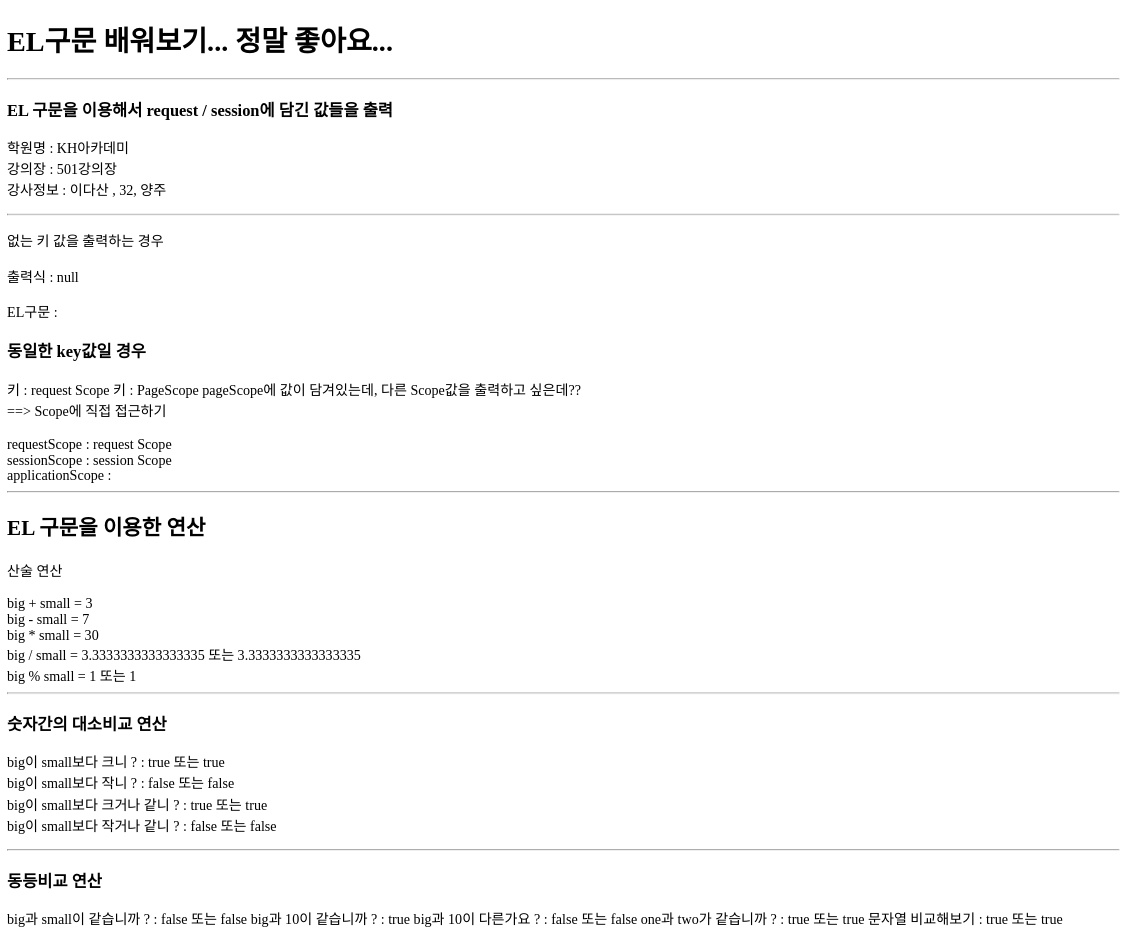
Repository: ham-zi/front-practice
Page: http://localhost/ActionProject/el.do
These files come from the project's save history. The page is drawn as it stood at one moment and after the next save; the edit follows.
The browser window is 1280 px wide. The pictures show the whole page, at 88% of full size.
The page is served by Tomcat 9. Other server files are loaded and not shown.

Above is the page before, as saved 2026-05-06 06:40:20.

### dynamic-workspace/ActionProject/src/main/webapp/WEB-INF/views/01_el.jsp
<%@ page language="java" contentType="text/html; charset=UTF-8"
    pageEncoding="UTF-8"%>
<%@ page import="com.kh.el.model.dto.Person" %>


<!DOCTYPE html>
<html>
<head>
<meta charset="UTF-8">
<title>초강력 JSP</title>
</head>
<body>
<!-- 외부에서 접근할 수 없게 WEB-INF에 넣는다. -->
	<h1> EL구문 배워보기... 정말 좋아요...</h1>

	<%--
	<%
		String classRoom = (String)request.getAttribute("classRoom");
		Person student = (Person)request.getAttribute("student");

		String academy = (String)session.getAttribute("academy");
		Person lecture = (Person)session.getAttribute("lecture");


	%>
		JSP 주석이 따로 있다.

		<!--는 단순히 문자열일뿐 주석이 아니다.


	<p>
		학원명 : <%= academy %> <br>
		강의장 : <%= academy %> <br>
		강사정보 : <%= lecture.getName() %>, <%= lecture.getAge() %>, <%= lecture.getAddress() %> <br><br>

		수강생의 정보
		<!--통신은 흐름을 생각해야함,
			클라이언트의 요청을 하면서 흐름이 시작됨


		 -->
		<ul>
			<li> 이름 : <%=student.getName() %></li>
			<li> 나이 : <%=student.getAge() %></li>
			<li> 주소 : <%=student.getAddress() %></li>
		</ul>
	</p>

	자바와 자바스크립트는 연관이 전혀없다.


	 --%>

	 <hr>

	 <h3> EL 구문을 이용해서 request / session에 담긴 값들을 출력</h3>

	 <p>
	 	학원명 : ${ academy } <br>
	 	강의장 : ${ classRoom } <br>
	 	강사정보 : ${ lecture.name } , ${lecture.age}, ${ lecture.address } <br>
	 		<!-- getName()을 호출하는거구나. -->

	 	<!--
	 		실제로 필드에 직접 접근하는 것은 불가능하다.
	 		.name => getName()를 호출

	 		내부적으로 getter 메소드를 찾아서 호출해서 값을 출력하는 구조

	 	 -->

	 </p>


	<hr>

	 <p>없는 키 값을 출력하는 경우</p>

	<p> 출력식 : <%= request.getAttribute("classRom") %></p>
	<p> EL구문 : ${classRom } <!-- 오타가 빈문자열로 나옴, 꼼꼼하게 확인할것  -->


	<h3>동일한 key값일 경우</h3>

	키 : ${ key }

	<%
		//page Scope 에 추가
		pageContext.setAttribute("key", "PageScope");
	%>
	키 : ${ key }

	<!--
		EL구문은 가장 작은 범위의 scope부터 키값을 찾음
		page => request => session => applicaiton순으로 키 값을 검색

		모든 영역을 다 찾았는데 키 값을 찾지 못했으면 => "", 아무일도 일어나지 않음 => 오류가 안남


		요새 컴퓨팅자원이 좋아서 requestScope.key <- 명시를안하긴하는데 key
		스코프를 적어주는게 더 좋다.
	 -->
	 pageScope에 값이 담겨있는데, 다른 Scope값을 출력하고 싶은데??<br>

	 ==> Scope에 직접 접근하기 <br><br>

	 requestScope :  ${ requestScope.key }	<br>
	 sessionScope :	 ${ sessionScope.key }	<br>
	 applicationScope : ${ applicationScope.key } <br>

	 <hr>

	 <h2> EL 구문을 이용한 연산</h2>

	 <p></p>

	 	산술 연산 <br><br>

	 	big + small = ${ bit + small }<br>
	 	big - small = ${ big - small }<br>
	 	big * small = ${ big * small }<br>
	 	big / small = ${ big / small } 또는 ${ big div small }<br>
	 	big % small = ${ big % small } 또는 ${ big mod small }<br>
	 	<!-- 결과는 동일하지만 div/mod를 쓰는것을 권장한다... -->

	 <hr>

	 <h3> 숫자간의 대소비교 연산 </h3>

	 <p>
	 	big이 small보다 크니 ? : ${ big > small } 또는 ${ big gt small }<br>
	 	big이 small보다 작니 ? : ${ big < small } 또는 ${ big lt small }<br>
	 	big이 small보다 크거나 같니 ? : ${ big >= small } 또는 ${big ge small }<br>
	 	big이 small보다 작거나 같니 ? : ${ big <= small } 또는 ${big le small }<br>
	 	<!-- gt/lt/ge/le를 쓰는것을 권장한다... -->
	 </p>

	 <hr>
	 <h3> 동등비교 연산</h3>

	 <p>
	 	big과 small이 같습니까 ? : ${ big == small } 또는 ${ big eq small }
	 	big과 10이 같습니까 ? : ${ big eq 10 }
	 	big과 10이 다른가요 ? : ${ big != 10 } 또는 ${ big ne 10 }
	 	<!-- eq/ne을 쓰는것을 권장한다. -->

	 	one과 two가 같습니까 ? : ${ strOne == strTwo } 또는 ${ strOne eq strTwo }
	 	문자열 비교해보기 :       ${ strOne eq '안녕' } 또는  ${ strOne eq "안녕" }
	 	<!-- EL구문에서 문자열 == 비교는 equals()와 같은 동작을 함 -->
	 </p>





</body>
</html>

### dynamic-workspace/ActionProject/src/main/java/com/kh/el/controller/ElServlet.java
package com.kh.el.controller;

import java.io.IOException;
import java.util.ArrayList;

import javax.servlet.ServletException;
import javax.servlet.annotation.WebServlet;
import javax.servlet.http.HttpServlet;
import javax.servlet.http.HttpServletRequest;
import javax.servlet.http.HttpServletResponse;
import javax.servlet.http.HttpSession;

import com.kh.el.model.dto.Person;


@WebServlet("/el.do")
public class ElServlet extends HttpServlet {
	private static final long serialVersionUID = 1L;


    public ElServlet() {
        super();
    }


	protected void doGet(HttpServletRequest request, HttpServletResponse response) throws ServletException, IOException {
		// 만약 서블릿에서 응답할 데이터가 존재한다면
		// JSP로 포워딩할 때 request.setAttribute("name값","Value값") -> foword
		// request -> Servlet내장 객체 / Scope객체라고 표현한다

		// application / ★session★ / ★request★ / page

		/* 큰 순서
		 * 1. application scope : ServletContext
		 * : 한 애플리케이션 당 '한 개' 존재하는 객체, 이 프로젝트 안에서 어디서든 사용할 수 있다
		 * 이 영역에 데이터를 담으면 애플리케이션 전역에서 사용 가능 ( 공유 범위가 매우 넓음 )
		 *
		 * 2. session scope : HttpSession
		 * : 하나의 브라우저 당 '한 개' 존재하는 객체,
		 * 이 영역에 데이터를 담으면 JSP / Servlet단에서 사용 가능
		 * 값이 한 번 담기면 서버를 멈추거나, 세션을 비우거나, 브라우저가 닫히기 전까지는 계속 사용 가능하다
		 *
		 * 3. request scope : HttpServletRequest
		 * 요청 및 응답 시 매 번 생성되는 객체
		 * 이 영역에 데이터를 담으면 해당 request를 포워딩 받는 응답 JSP에서만 사용이 가능(1회성)
		 *
		 *
		 * 4. page scope : PageContext
		 * JSP페이지에서만 사용가능
		 *
		 *=> 위 객체들에 속성을 추가할 때는 .setAttribute("name값", 벨류);
		 *						     .setAttribute("name값");
		 *							 .removeAttribute("name값");
		 *로그인 같은 경우 request가 아닌 session에 저장되어야 한다.
		 *
		 *로그인은 다양한 방법의 로그인이 있다.
		 *
		 *
		 *
		 *
		 */
		//DB에서 작업한 요청 처리 결과
		//DTO(VO) 한 개, List<DTO>, int(결과값), String


		//requestScope
		request.setAttribute("classRoom", "501강의장");
		request.setAttribute("student", new Person("홍길동",15,"한양"));


		//sessionScope
		HttpSession session = request.getSession();
		session.setAttribute("academy", "KH아카데미");
		session.setAttribute("lecture", new Person("이다산",32,"양주"));


		//동일한 key
		request.setAttribute("key", "request Scope");
		session.setAttribute("key", "session Scope");


		// 숫자
		request.setAttribute("small", 3);
		request.setAttribute("big", 10);


		//문자열
		request.setAttribute("strOne", "안녕");
		request.setAttribute("strTwo", new String("안녕"));

		//객체
		request.setAttribute("obj", new Person("콩쥐",20,"콩쥐네"));

		//리스트
		request.setAttribute("list", new ArrayList());




		//응답 뷰 배정-> 포워딩
		request.getRequestDispatcher("/WEB-INF/views/01_el.jsp").forward(request, response);

	}


	protected void doPost(HttpServletRequest request, HttpServletResponse response) throws ServletException, IOException {
		doGet(request, response);
	}

}

### dynamic-workspace/ActionProject/src/main/java/com/kh/el/model/dto/Person.java
package com.kh.el.model.dto;

public class Person {
	private String name;
	private int age;
	private String address;
	public Person() {
		super();
	}
	public Person(String name, int age, String address) {
		super();
		this.name = name;
		this.age = age;
		this.address = address;
	}
	public String getName() {
		return name;
	}
	public void setName(String name) {
		this.name = name;
	}
	public int getAge() {
		return age;
	}
	public void setAge(int age) {
		this.age = age;
	}
	public String getAddress() {
		return address;
	}
	public void setAddress(String address) {
		this.address = address;
	}
	@Override
	public String toString() {
		return "Person [name=" + name + ", age=" + age + ", address=" + address + "]";
	}



}

After the next save:
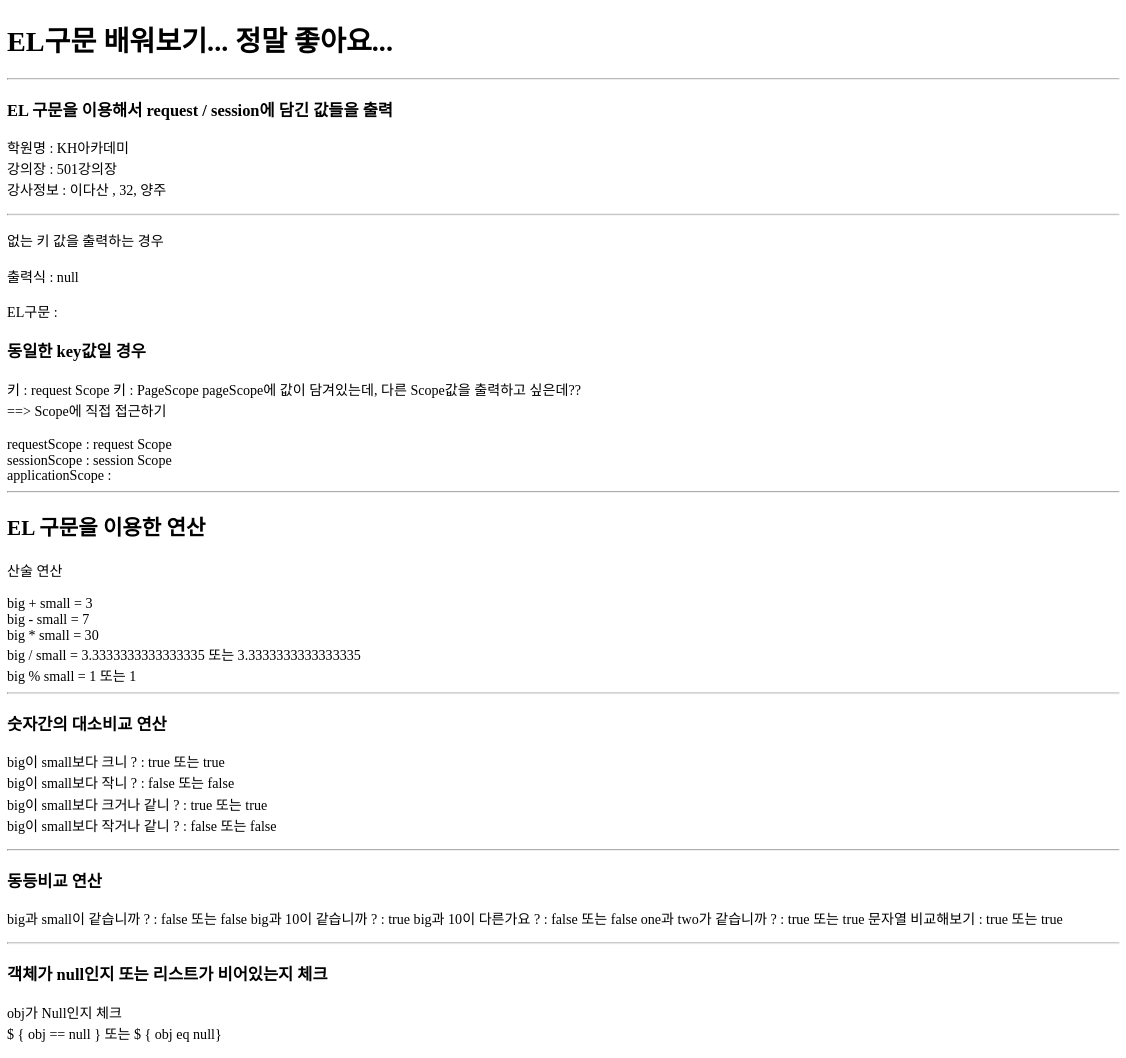
Saved 115 s later.
--- a/dynamic-workspace/ActionProject/src/main/webapp/WEB-INF/views/01_el.jsp
+++ b/dynamic-workspace/ActionProject/src/main/webapp/WEB-INF/views/01_el.jsp
@@ -149,7 +149,15 @@
 	 	<!-- EL구문에서 문자열 == 비교는 equals()와 같은 동작을 함 -->
 	 </p>
 
+	 <hr>
 
+	 <h3> 객체가 null인지 또는 리스트가 비어있는지 체크 </h3>
+
+	 <p>
+	 	obj가 Null인지 체크 <br>
+	 	$ { obj == null } 또는 $ { obj eq null}
+
+	 </p>
 
 
 
